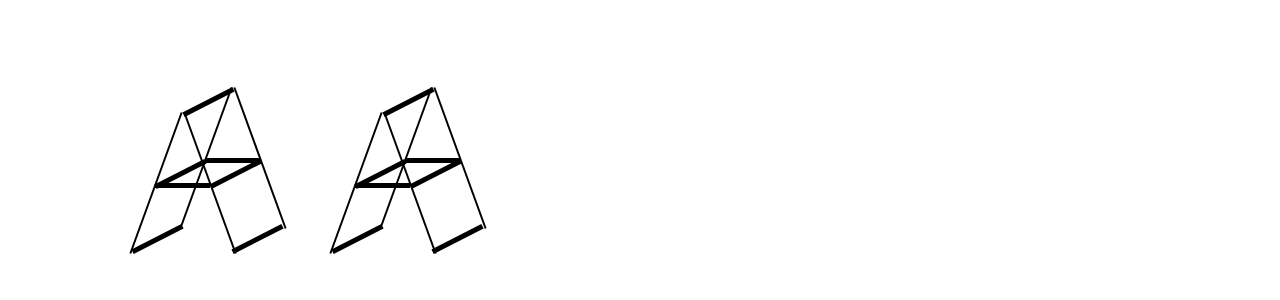
Repository: steil881/steil881.github.io
Page: studio/typeface/letters/index.html
The author's editor kept a record of every edit. The page is drawn from the files as they stood at one moment, then again after the next edit.
The browser window is 1280 px wide. The pictures show the whole page.

Above is the page before.

### studio/typeface/letters/index.html
<html>
    <head>
        <link rel="stylesheet" href="assets/css/alphabet.css">

        <link rel="icon"
      type="image/png"
      href="/images/favicon1.png" />

    </head>

    <body>

        <div class="word-wrapper aa">

            <div class="letter-wrapper letter-a"> <!--start letter-wrapper letter-a-->

                <div class="letter">
					<div class="vertical bar a-left"></div>
					<div class="vertical bar a-right"></div>
					<div class="horizontal bar a-mid"></div>
				</div>

				<div class="letter2">
					<div class="vertical bar a-left"></div>
					<div class="vertical bar a-right"></div>
					<div class="horizontal bar a-mid"></div>
				</div>

				<div class="dimension">
					<div class="diagonal bar bottom-left"></div>
					<div class="diagonal bar mid-left"></div>
					<div class="diagonal bar top"></div>
					<div class="diagonal bar mid-right"></div>
					<div class="diagonal bar bottom-right"></div>
				</div>

            </div> <!-- end letter-wrapper letter-a -->

            <div class="letter-wrapper letter-a"> <!--start letter-wrapper letter-b-->

                <div class="letter">
					<div class="vertical bar a-left"></div>
					<div class="vertical bar a-right"></div>
					<div class="horizontal bar a-mid"></div>
				</div>

				<div class="letter2">
					<div class="vertical bar a-left"></div>
					<div class="vertical bar a-right"></div>
					<div class="horizontal bar a-mid"></div>
				</div>

				<div class="dimension">
					<div class="diagonal bar bottom-left"></div>
					<div class="diagonal bar mid-left"></div>
					<div class="diagonal bar top"></div>
					<div class="diagonal bar mid-right"></div>
					<div class="diagonal bar bottom-right"></div>
				</div>

            </div> <!-- end letter-wrapper letter-b-->

        </div>

    </body>
</html>

### studio/typeface/letters/assets/css/alphabet.css
/*
fixed
static
absolute
relative
*/

body {
	font-size: 0;
}

.word-wrapper {
	display: inline-block;
	margin: 0 30px 100px 0;
}

/*.aa {
	width: 660px;
}*/

.letter-wrapper {
	display: inline-block;
	margin: 100px 100px;
}

.letter {
	width: 150px;
	height: 150px;
	position: absolute;
	display: inline-block;
}

.bar {
	background: #000;
	position: absolute;
}

.horizontal {
	height: 5px;
	width: 55px;
}

.vertical {
	width: 2px;
	height: 150px;
}

.a-left {
	top: 0;
	left: 47px;
	transform: rotate(20deg);
}

.a-right {
	right: 47px;
	transform: rotate(-20deg);
}

.a-mid {
	left: 47px;
	top: 75px;
}

.letter2 {
	width: 150px;
	height: 150px;
	position: absolute;
	display: inline-block;
	margin: -25px -50px 25px 50px;
}

.dimension {
    width: 150px;
	height: 150px;
	position: absolute;
	display: inline-block;
}

.diagonal {
    width: 5px;
	height: 56px;
	transform: rotate(63deg);
}

.bottom-left {
    left: 47px;
	top: 103px;
}

.mid-left {
    left: 70px;
	top: 38px;
}

.top {
    left: 98px;
	top: -34px;
}

.mid-right {
    left: 125px;
	top: 38px;
}

.bottom-right {
    left: 147px;
    top: 103px;
}

After the next edit:
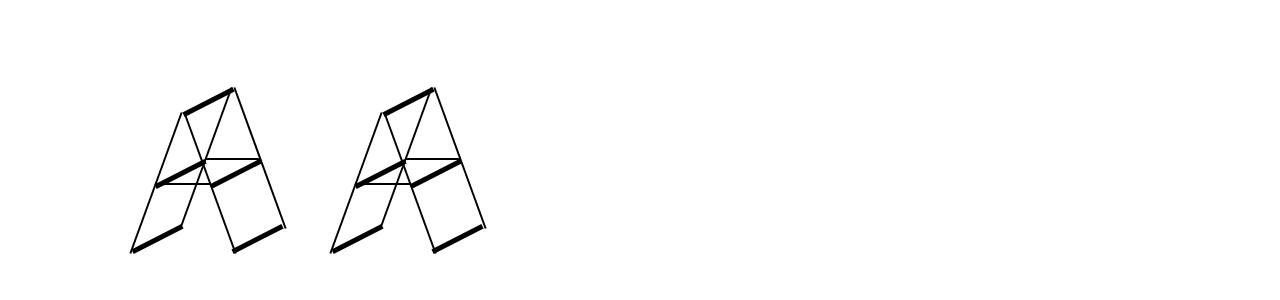
The edit:
--- a/studio/typeface/letters/assets/css/alphabet.css
+++ b/studio/typeface/letters/assets/css/alphabet.css
@@ -36,7 +36,7 @@
 }
 
 .horizontal {
-	height: 5px;
+	height: 2px;
 	width: 55px;
 }
 
